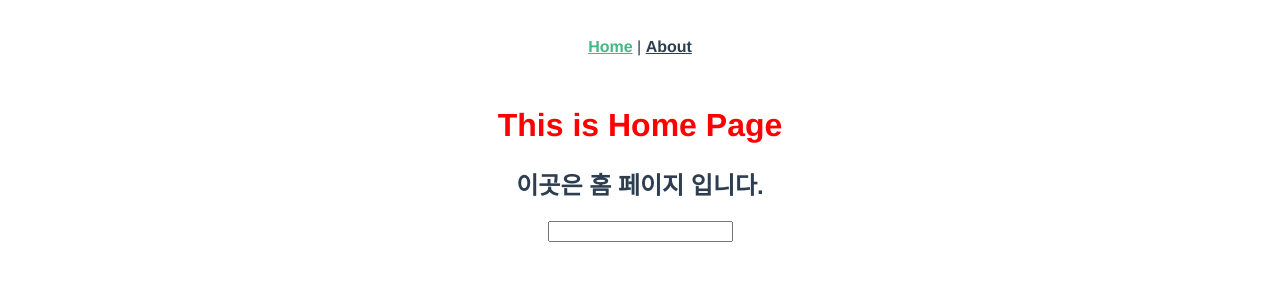
Repository: RyuGeunHwan/code_J
Page: / (app in vue-emit/)
The author's editor kept a copy of each file at every save. The page is drawn from the files as they stood at one save, then again after the next save.
The browser window is 1280 px wide. The pictures show the whole page.
The project was rebuilt for these pictures with package versions that can differ from the ones it lists, and the page was loaded fresh each time.

Above is the page before, as saved 2022-08-12 09:29:33.

### vue-emit/src/views/Home.vue
<!-- template태그 : HTML이 들어가는 구역  -->
<template>
  <div>
    <h1>This is Home Page</h1>
    <h2>이곳은 홈 페이지 입니다.</h2>
    <form action="">
      <label for="">
        <input type="text">
      </label>
    </form>
  </div>
</template>

<!-- script태그 : 옵션,데이터,computed,watch 등이 들어가는 구역 -->
<script>


export default {
  data(){
    return{
      name : 'Kossie Coder'
    }
  }
}
</script>


<!-- style : CSS코드 -->
<!-- scoped를 넣어줘야 위에보이는 template의 html태그에 적용이 된다. scoped를 않넣으면 vue어플리케이션 전체에 적용이 된다.-->
<style scoped>
h1{
  color : red
}
</style>

Loaded but not shown: vue-emit/public/index.html (common file); vue-emit/src/main.js (common file); vue-emit/src/App.vue (common file); vue-emit/src/router/index.js (common file); vue-emit/src/store/index.js (common file)

After the next save:
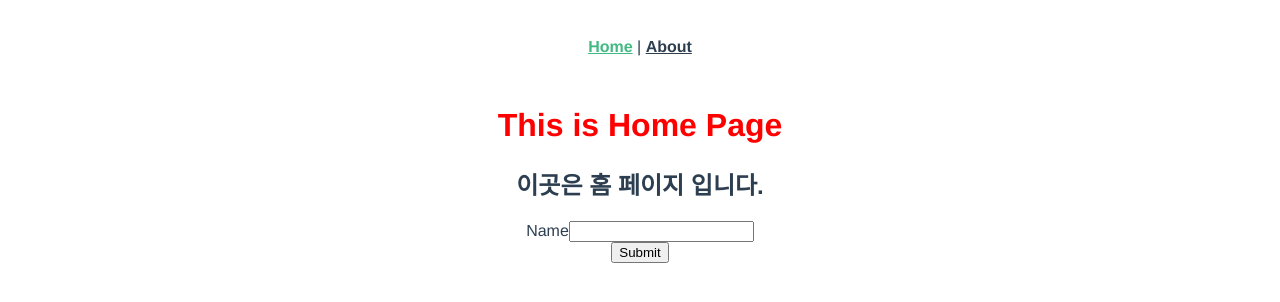
Saved 77 s later.
--- a/vue-emit/src/views/Home.vue
+++ b/vue-emit/src/views/Home.vue
@@ -4,9 +4,9 @@
     <h1>This is Home Page</h1>
     <h2>이곳은 홈 페이지 입니다.</h2>
     <form action="">
-      <label for="">
-        <input type="text">
-      </label>
+      <label for="">Name</label>
+        <input type="text" v-model="name"><br>
+        <button>Submit</button>
     </form>
   </div>
 </template>
@@ -18,7 +18,7 @@
 export default {
   data(){
     return{
-      name : 'Kossie Coder'
+      name : ''
     }
   }
 }
